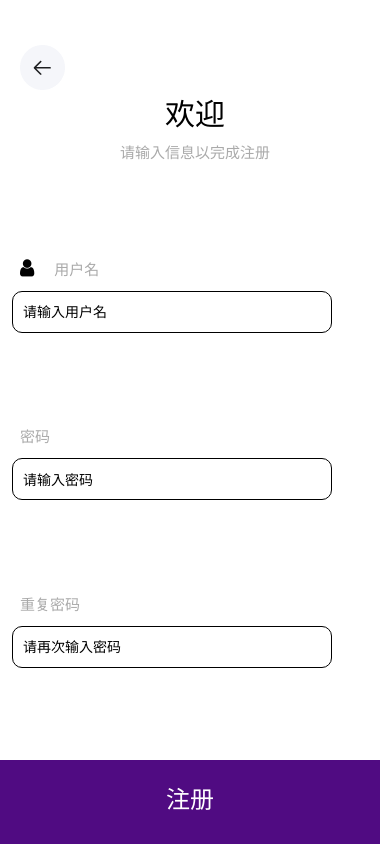
Repository: eyebone/barManager
Screen: /sign
An editor plug-in stored every save of this project. The screen is shown before and after a run of saves, followed by the edit.
The app was drawn by React Native's web renderer in a window 390 px wide. The project was rebuilt for these pictures with package versions that can differ from the ones it lists, and the page was loaded fresh each time. Also part of the build but not shown: components/EmojiPicker.js, components/Button.js, components/ImageViewer.js, components/circleButton.js, components/IconButton.js, view/ViewOne.js, view/Main.js.

Above is the screen before, as saved 2023-06-26 16:34:37.

After the next 4 saves:
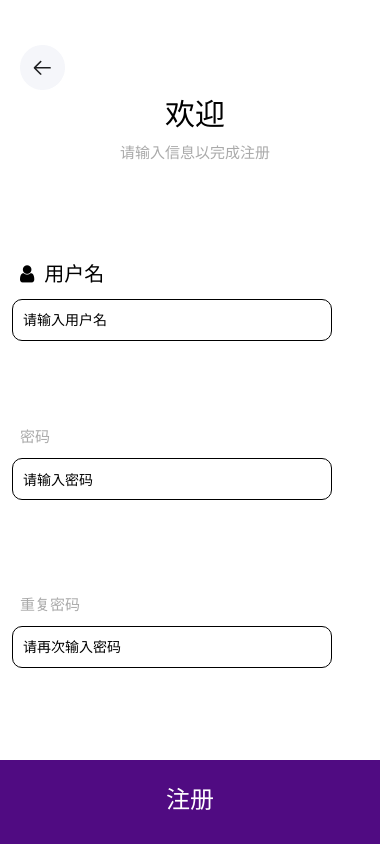
The 4 saves are shown as one change because they came seconds apart.
The last was saved 13 s later.
--- a/view/Sign.js
+++ b/view/Sign.js
@@ -48,7 +48,7 @@
       </View>
       <View style={styles.inputBar}>
         <FontAwesome name="user" size={20} style={{ marginLeft: 20 }}>
-          <Text style={styles.smallText}>用户名</Text>
+          <Text style={styles.smallText, {marginLeft: 10}}>用户名</Text>
         </FontAwesome>
 
         <TextInput

After the 2 saves that followed:
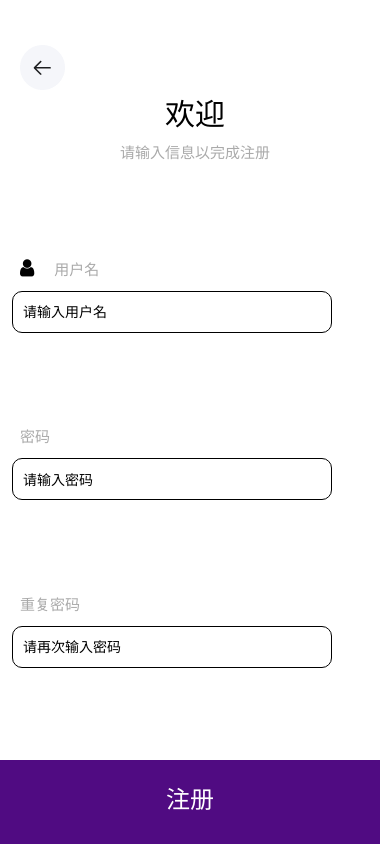
The 2 saves are shown as one change because 1 did not build or start.
The last was saved 15 s later.
--- a/view/Sign.js
+++ b/view/Sign.js
@@ -48,7 +48,7 @@
       </View>
       <View style={styles.inputBar}>
         <FontAwesome name="user" size={20} style={{ marginLeft: 20 }}>
-          <Text style={styles.smallText, {marginLeft: 10}}>用户名</Text>
+          <Text style={styles.smallText}>用户名</Text>
         </FontAwesome>
 
         <TextInput
